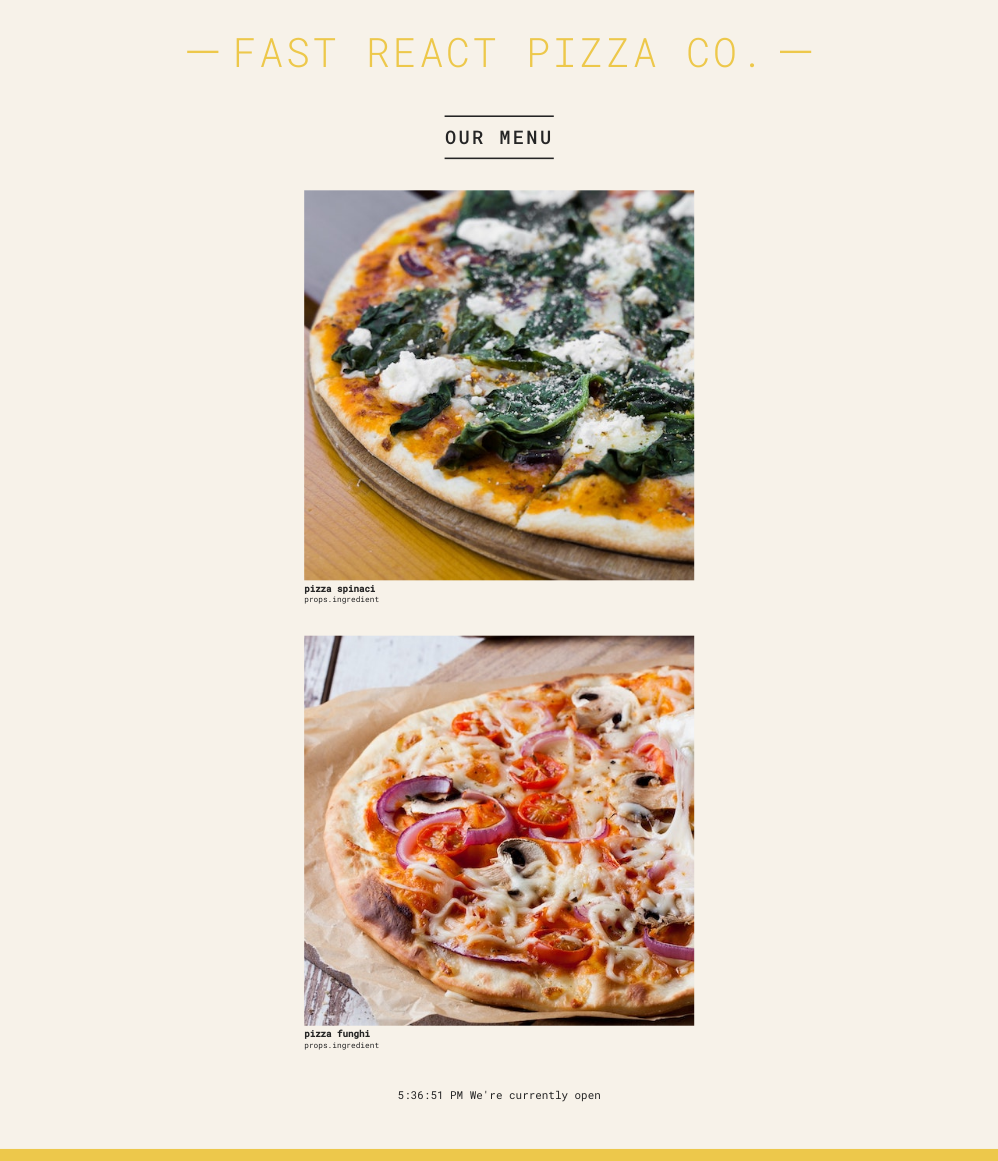
Repository: ahmedharidy/First-React-App
Page: /
An editor plug-in stored every save of this project. The page is shown before and after the next save, followed by the edit.
The browser window is 1280 px wide. The pictures show the whole page, at 78% of full size.
The project was rebuilt for these pictures with package versions that can differ from the ones it lists, and the page was loaded fresh each time.

Above is the page before, as saved 2026-09-22 11:07:23.

After the next save:
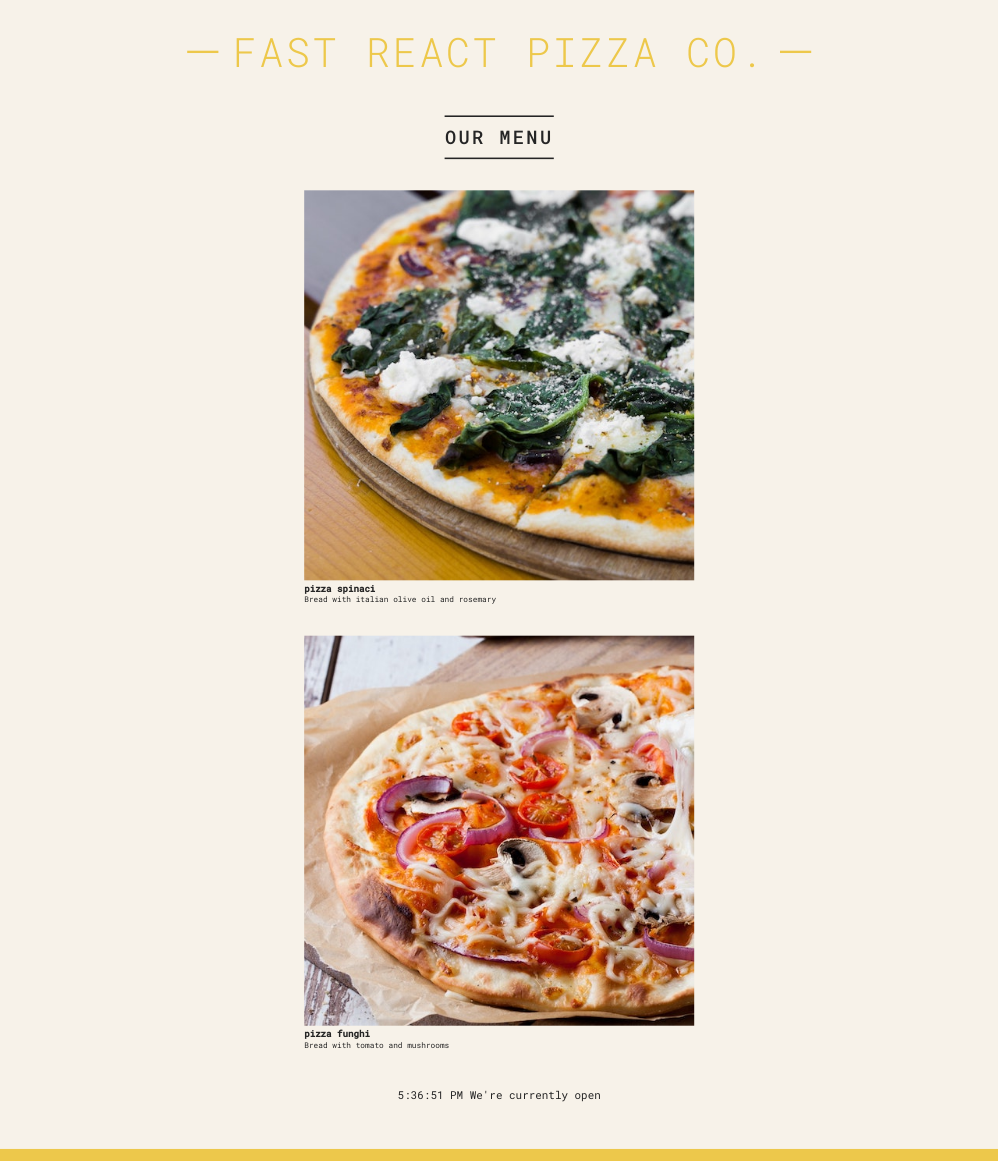
Saved 30 s later.
--- a/src/index.js
+++ b/src/index.js
@@ -92,7 +92,7 @@ function Pizza(props) {
     <div>
       <img src={props.photoName} alt={props.name}></img>
       <h3>{props.name}</h3>
-      <p>props.ingredient</p>
+      <p>{props.ingredient}</p>
     </div>
   );
 }
